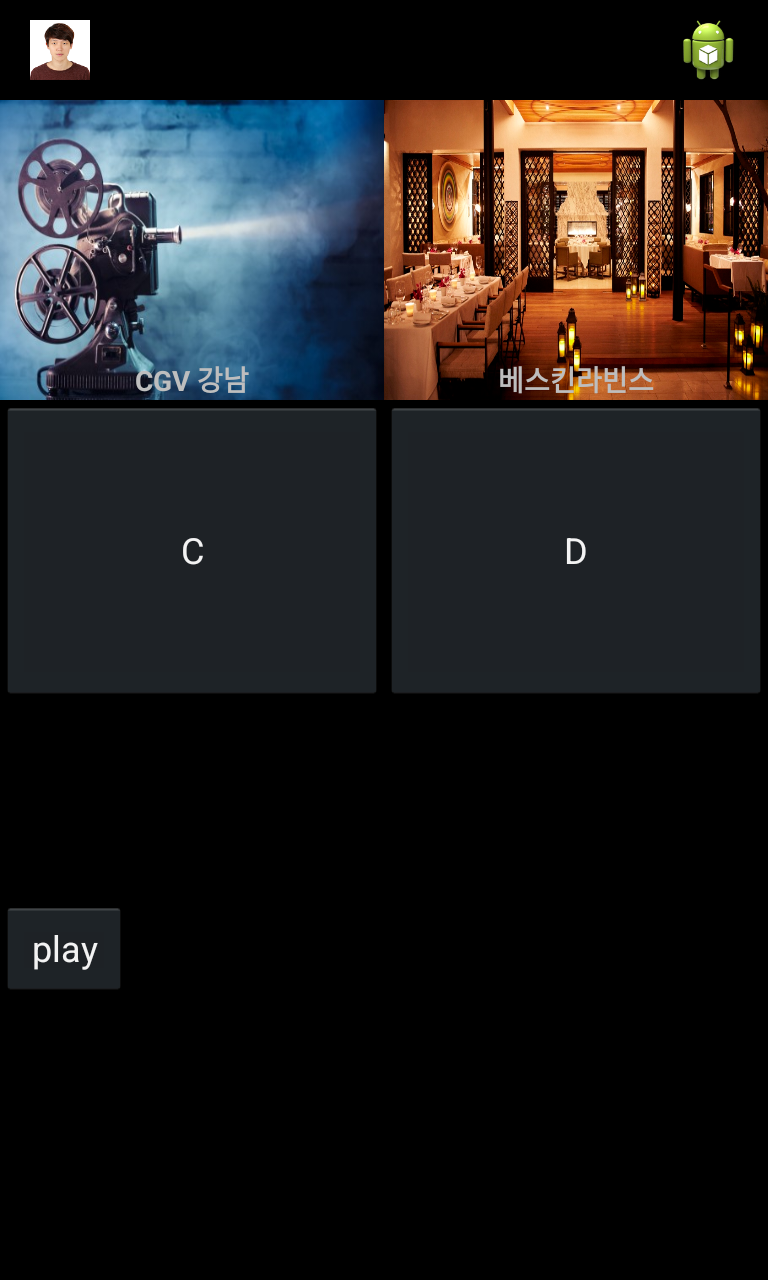
Repository: Minsu-Daniel-Kim/tipinboard1.0
Layout: TipinBoard1.0/res/layout/activity_main.xml
An editor plug-in stored every save of this project. The layout is shown before and after the next save, followed by the edit.
It is drawn on a 768 x 1280 px phone screen (xhdpi) without system bars, with theme android:Theme.Holo; the app's code is not run.

Above is the layout before, as saved 2013-04-15 14:13:08.

After the next save:
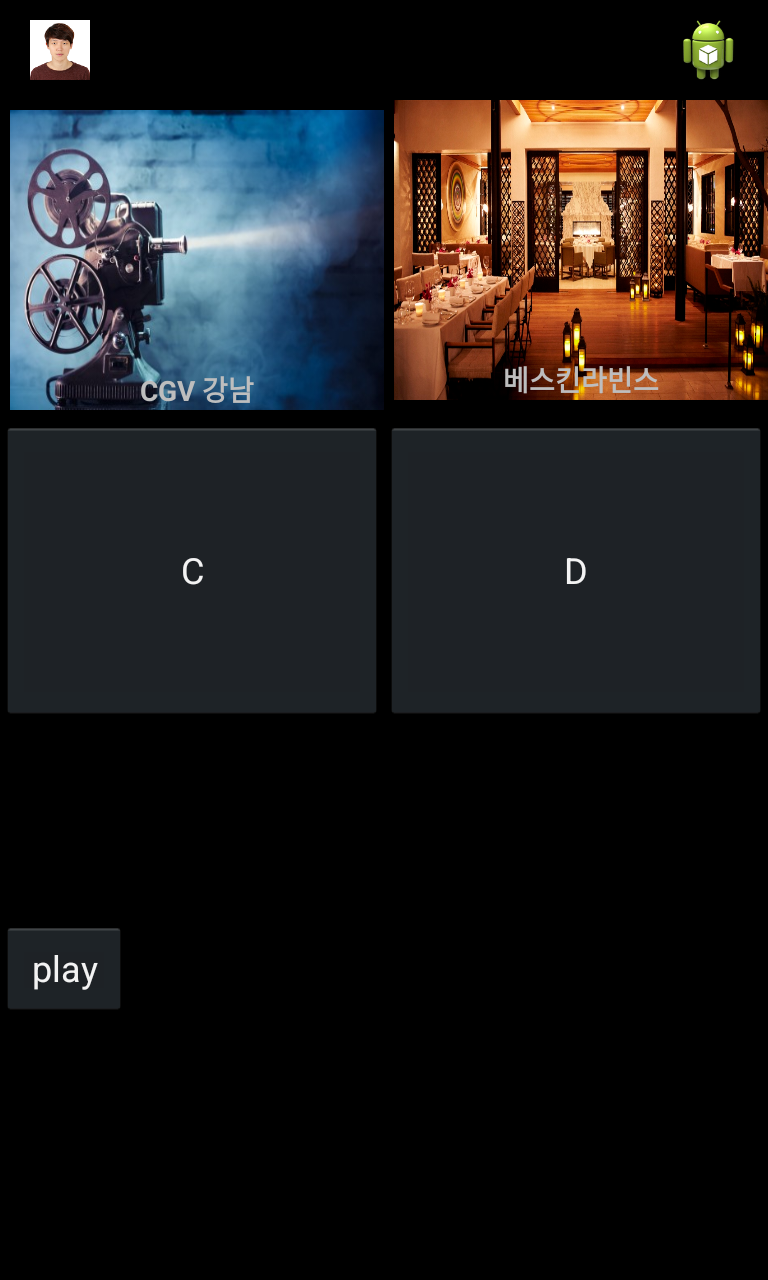
Saved 12 s later.
--- a/TipinBoard1.0/res/layout/activity_main.xml
+++ b/TipinBoard1.0/res/layout/activity_main.xml
@@ -53,6 +53,7 @@
         android:orientation="horizontal" >
 
         <RelativeLayout
+            android:layout_margin="5dp"
             android:id="@+id/button1"
             android:layout_width="0dp"
             android:layout_height="150dp"
@@ -73,9 +74,9 @@
         <RelativeLayout
             android:id="@+id/button1"
             android:layout_width="0dp"
-             android:background="@drawable/restaurant"
             android:layout_height="150dp"
             android:layout_weight="1"
+            android:background="@drawable/restaurant"
             android:onClick="detail" >
 
             <TextView
